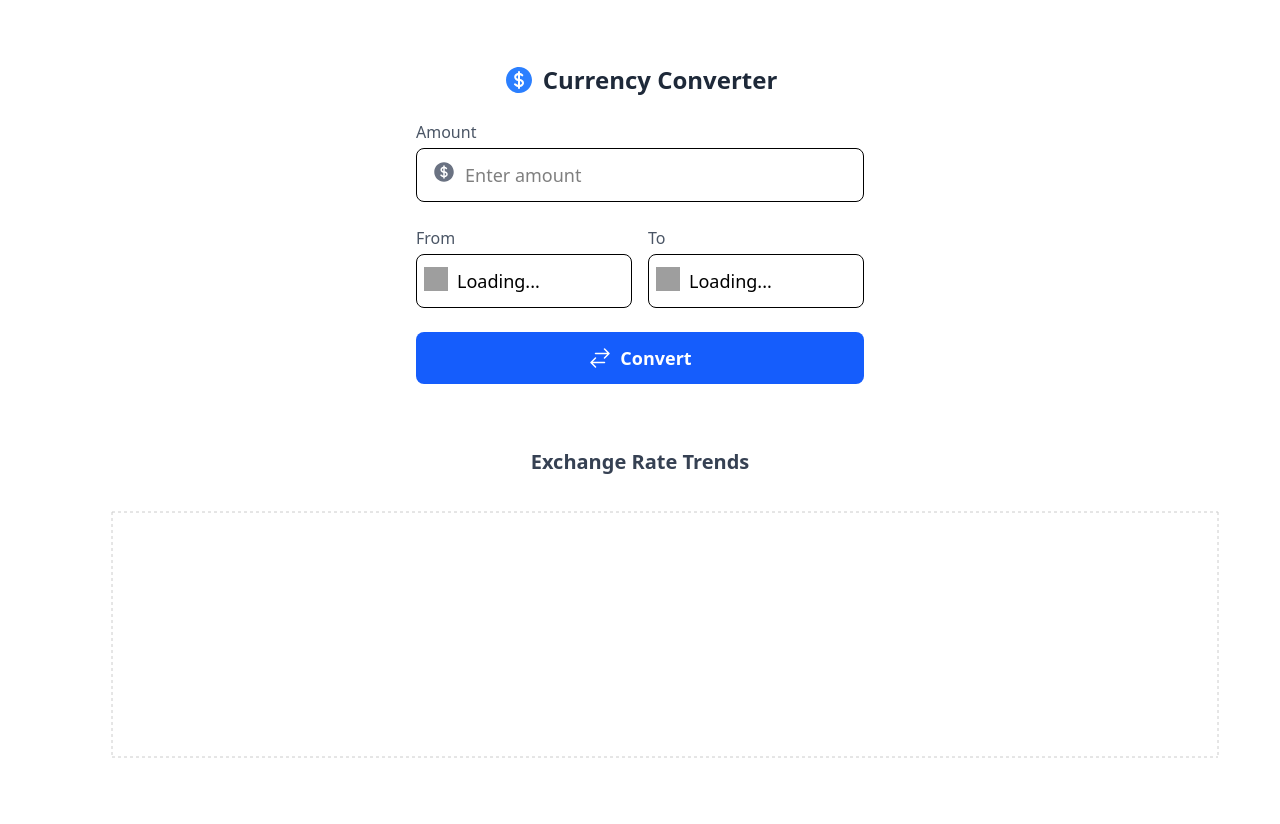
Repository: adrcstro/withcenter_developer_exam
Page: /
An editor plug-in stored every save of this project. The page is shown before and after the next save, followed by the edit.
The browser window is 1280 px wide. The pictures show the whole page.
Pictures or frames that could not be fetched are drawn as grey boxes. The page's requests for data from a server got no answer. The project was rebuilt for these pictures with package versions that can differ from the ones it lists, and the page was loaded fresh each time. No one was signed in, and anything a server would have sent is missing. Also part of the build but not shown: vite.config.ts.

Above is the page before, as saved 2025-03-18 08:17:47.

After the next save:
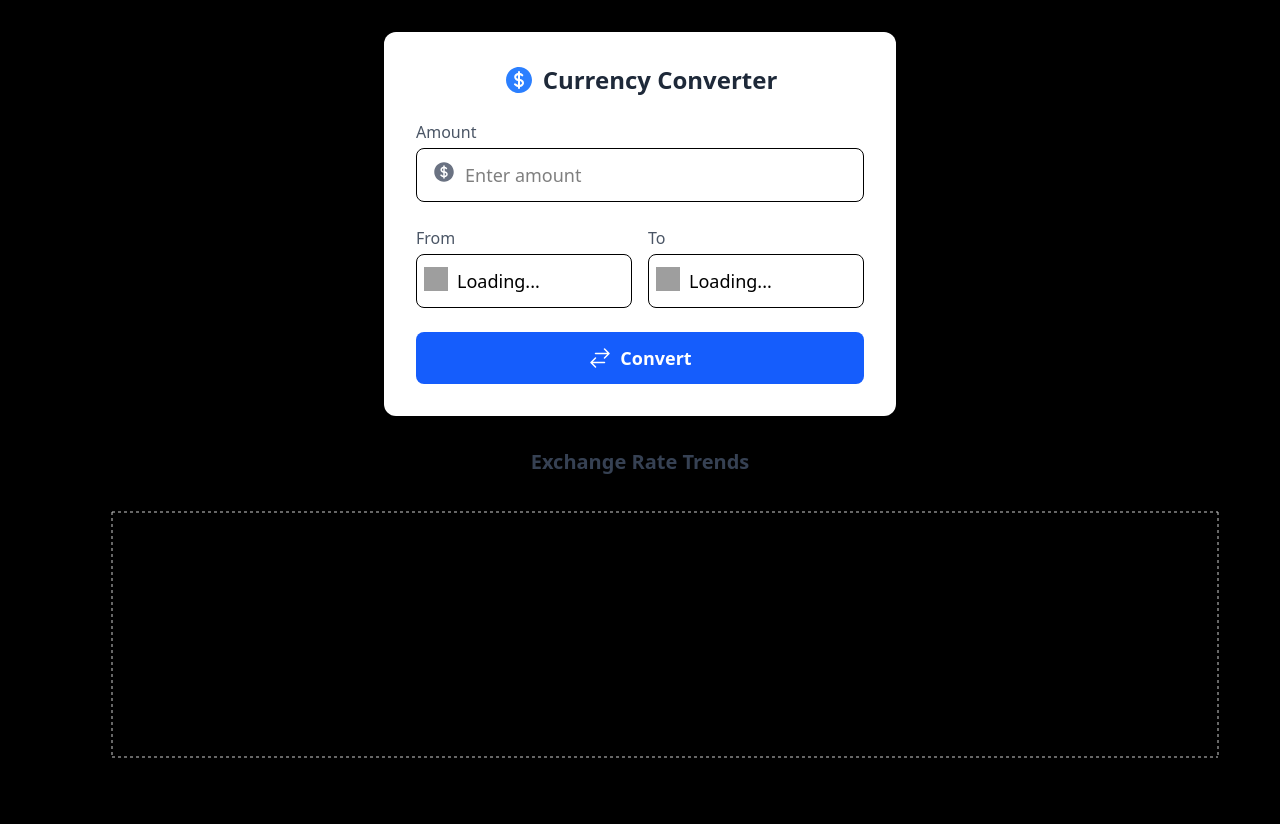
Saved 104 s later.
--- a/src/App.tsx
+++ b/src/App.tsx
@@ -61,7 +61,7 @@
     : [];
 
   return (
-    <div className="flex flex-col items-center justify-center min-h-screen bg-white p-8">
+    <div className="flex flex-col items-center justify-center min-h-screen bg-black p-8">
       <div className="flex flex-col items-center justify-center w-full max-w-[2000px] px-8">
         <div className="bg-white rounded-xl p-8 w-full max-w-lg">
           <h2 className="text-2xl font-bold text-gray-800 text-center mb-6 flex items-center justify-center gap-2">

After the save that followed:
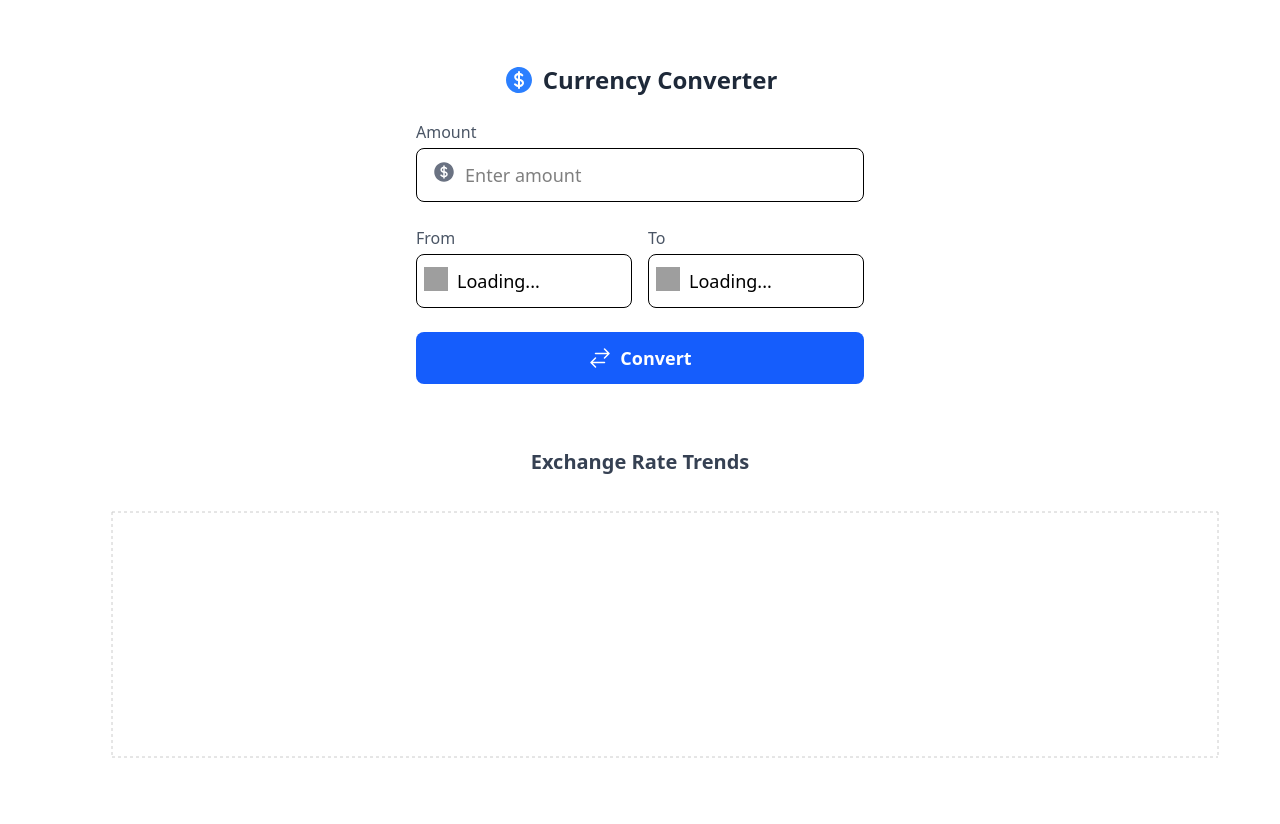
Saved 8 s later.
--- a/src/App.tsx
+++ b/src/App.tsx
@@ -61,7 +61,7 @@
     : [];
 
   return (
-    <div className="flex flex-col items-center justify-center min-h-screen bg-black p-8">
+    <div className="flex flex-col items-center justify-center min-h-screen bg-white p-8">
       <div className="flex flex-col items-center justify-center w-full max-w-[2000px] px-8">
         <div className="bg-white rounded-xl p-8 w-full max-w-lg">
           <h2 className="text-2xl font-bold text-gray-800 text-center mb-6 flex items-center justify-center gap-2">
